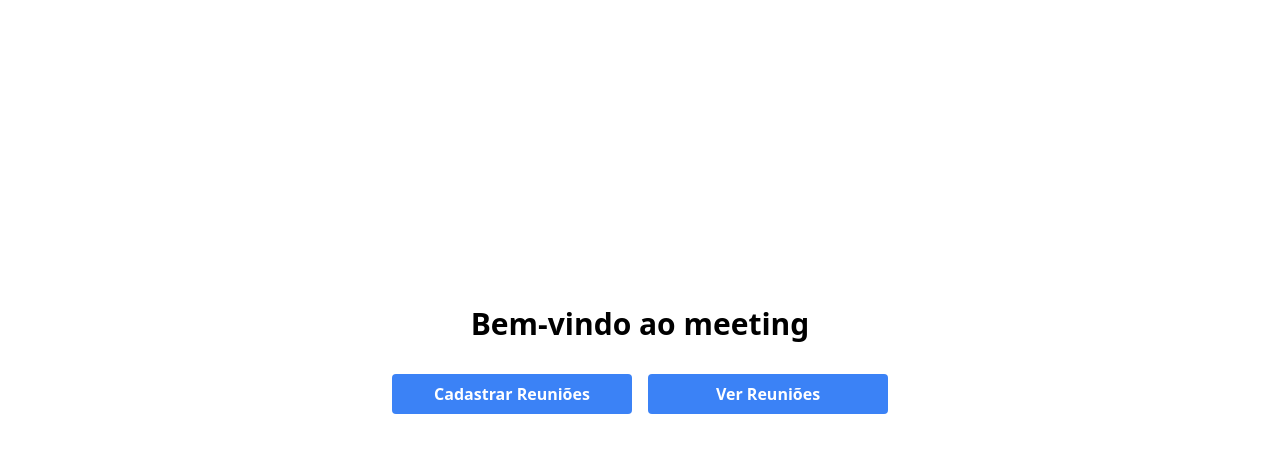
Repository: TamiBeira/meeting
Page: /
These files come from the project's save history. The page is drawn as it stood at one moment and after the next save; the edit follows.
The browser window is 1280 px wide. The pictures show the whole page.
The project was rebuilt for these pictures with package versions that can differ from the ones it lists, and the page was loaded fresh each time. Also part of the build but not shown: vite.config.ts, src/contexts/FormContext.tsx, src/contexts/MeetingsContext.tsx, src/components/Form.tsx, src/components/MeetingsView.tsx.

Above is the page before, as saved 2024-02-27 00:05:35.

### index.html
<!doctype html>
<html lang="pt">
  <head>
    <meta charset="UTF-8" />
    <meta name="viewport" content="width=device-width, initial-scale=1.0" />
    <title>Meeting</title>
  </head>
  <body>
    <div id="root"></div>
    <script type="module" src="/src/main.tsx"></script>
  </body>
</html>

### src/app.tsx
import { BrowserRouter as Router, Routes, Route } from 'react-router-dom';
import { FormProvider } from './contexts/FormContext';
import { MeetingsProvider } from './contexts/MeetingsContext';
import { Form } from './components/Form';
import { MeetingsView } from './components/MeetingsView';
import { HomePage } from './components/HomePage';

export const App = () => {
  return (
    <Router>
      <Routes>
        <Route path="/" element={<HomePage />} />
        <Route path="/form" element={<FormProvider><Form /></FormProvider>} />
        <Route path="/meetings" element={<MeetingsProvider><MeetingsView /></MeetingsProvider>} />
      </Routes>
    </Router>
  );
};

### src/components/HomePage.tsx
import { Link } from 'react-router-dom';

export const HomePage = () => {
  return (
    <div className="flex flex-col items-center justify-center min-h-screen bg-blend-darken">
      <h1 className="text-3xl font-bold mb-8">Bem-vindo ao meeting</h1>
      <div className="flex space-x-4">
        <Link
          to="/form"
          className="w-60 text-center bg-blue-500 hover:bg-blue-600 text-white font-bold py-2 px-4 rounded focus:outline-none focus:shadow-outline"
        >
          Cadastrar Reuniões
        </Link>
        <Link
          to="/meetings"
          className="w-60 text-center bg-blue-500 hover:bg-blue-600 text-white font-bold py-2 px-4 rounded focus:outline-none focus:shadow-outline"
        >
          Ver Reuniões
        </Link>
      </div>
    </div>
  );
};

### tailwind.config.js
/** @type {import('tailwindcss').Config} */
export default {
  content: [
    "./index.html",
    "./src/**/*.tsx",
  ],
  theme: {
    extend: {},
  },
  plugins: [],
}

Loaded but not shown: src/main.tsx (common file); src/index.css (common file)

After the next save:
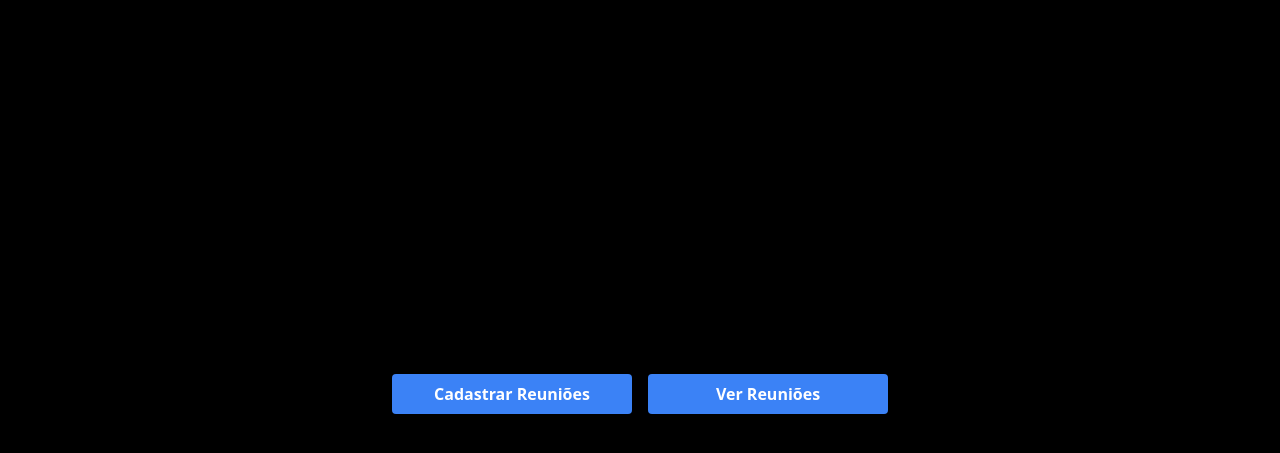
Saved 25 s later.
--- a/src/components/HomePage.tsx
+++ b/src/components/HomePage.tsx
@@ -2,7 +2,7 @@ import { Link } from 'react-router-dom';
 
 export const HomePage = () => {
   return (
-    <div className="flex flex-col items-center justify-center min-h-screen bg-blend-darken">
+    <div className="flex flex-col items-center justify-center min-h-screen bg-black">
       <h1 className="text-3xl font-bold mb-8">Bem-vindo ao meeting</h1>
       <div className="flex space-x-4">
         <Link
